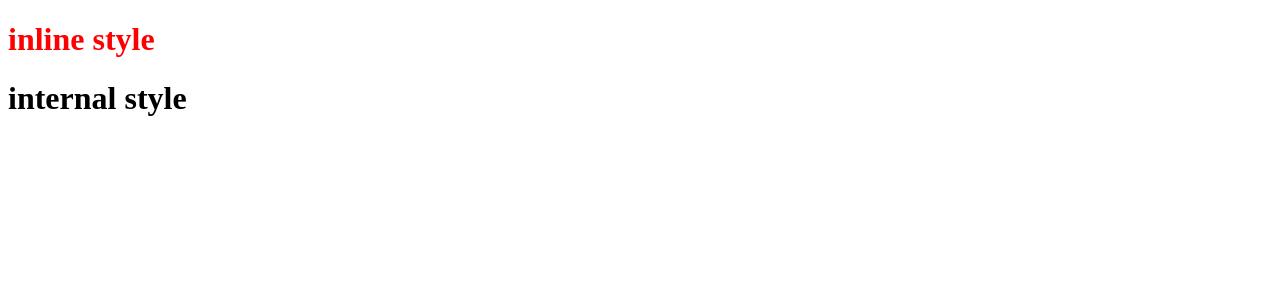
Repository: kwakminjung/bootclass
Page: Day2/frontend/src/main/resources/static/index.html
These files come from the project's save history. The page is drawn as it stood at one moment and after the next save; the edit follows.
The browser window is 1280 px wide. The pictures show the whole page.

Above is the page before, as saved 2024-07-02 01:14:37.

### Day2/frontend/src/main/resources/static/index.html
<!DOCTYPE html>
<html>
<head>
<meta charset="UTF-8">
<title>내부 스타일</title>

</head>
<body>

<h1 style="color:red">inline style</h1>

<h1>internal style</h1>

</body>
</html>

After the next save:
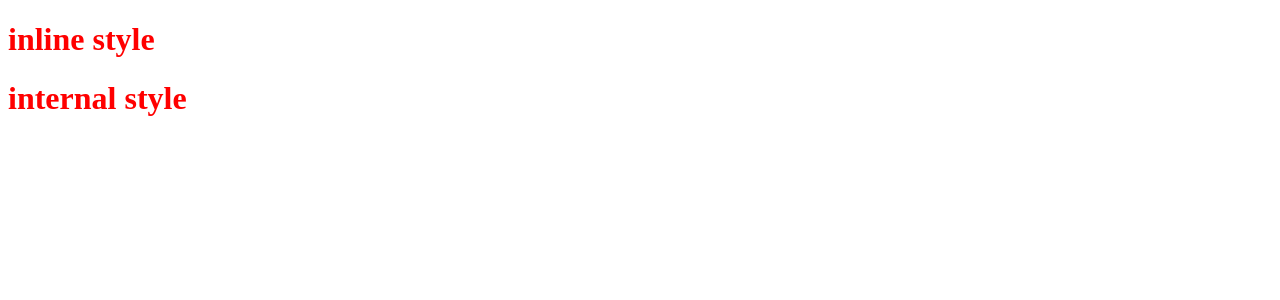
Saved 96 s later.
--- a/Day2/frontend/src/main/resources/static/index.html
+++ b/Day2/frontend/src/main/resources/static/index.html
@@ -3,7 +3,13 @@
 <head>
 <meta charset="UTF-8">
 <title>내부 스타일</title>
+<style>
 
+h1 {
+color:red;
+}
+
+</style>
 </head>
 <body>
 
